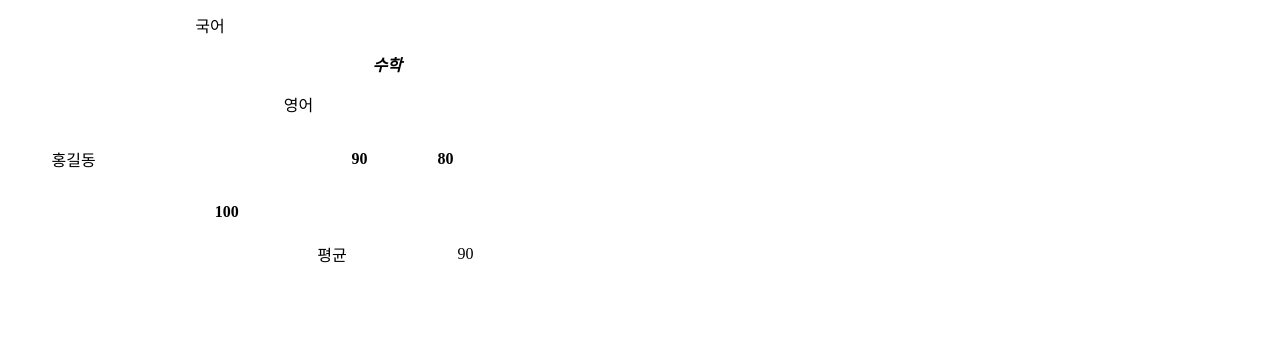
Repository: bjKim2/JSP
Page: HTML/src/main/webapp/Lec03.html
An editor plug-in stored every save of this project. The page is shown before and after the next save, followed by the edit.
The browser window is 1280 px wide. The pictures show the whole page.

Above is the page before, as saved 2022-03-15 02:31:14.

### HTML/src/main/webapp/Lec03.html
<!DOCTYPE html>
<html>
	<head>
		<meta charset="UTF-8">
		<title>Insert title here</title>
	</head>
	<body>
		<table  width = "500" height = "300">
			<tr>

			</tr>

			<tr align = "right">
				<td rowspan = "3" align = "center"> 홍길동 </td>
				<td valign = "top">국어</td>
				<td valign = "bottom">영어</td>
				<td valign = "middle"><i><b>수학</b></i></td>
			</tr>
			<tr>
				<th rowspan = "2" colspan = "2">100</th>
				<th  align = "center">90</th>
				<th align = "right">80</th>

			</tr>
			<tr>

				<td colspan = "2">평균</td>
				<td>90</td>


			</tr>


		</table>
	</body>
</html>

After the next save:
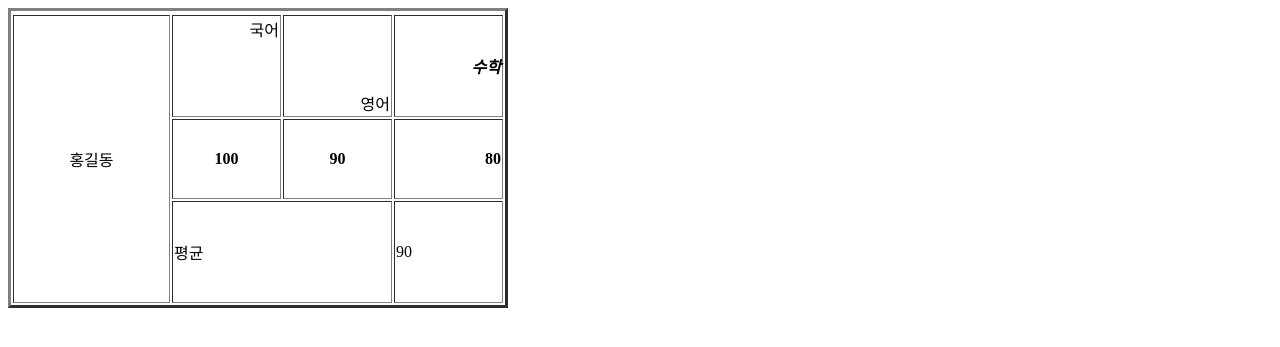
Saved 22 s later.
--- a/HTML/src/main/webapp/Lec03.html
+++ b/HTML/src/main/webapp/Lec03.html
@@ -5,7 +5,7 @@
 		<title>Insert title here</title>
 	</head>
 	<body>
-		<table  width = "500" height = "300">
+		<table border= "3" width = "500" height = "300">
 			<tr>
 
 			</tr>
@@ -17,7 +17,7 @@
 				<td valign = "middle"><i><b>수학</b></i></td>
 			</tr>
 			<tr>
-				<th rowspan = "2" colspan = "2">100</th>
+				<th >100</th>
 				<th  align = "center">90</th>
 				<th align = "right">80</th>
 
